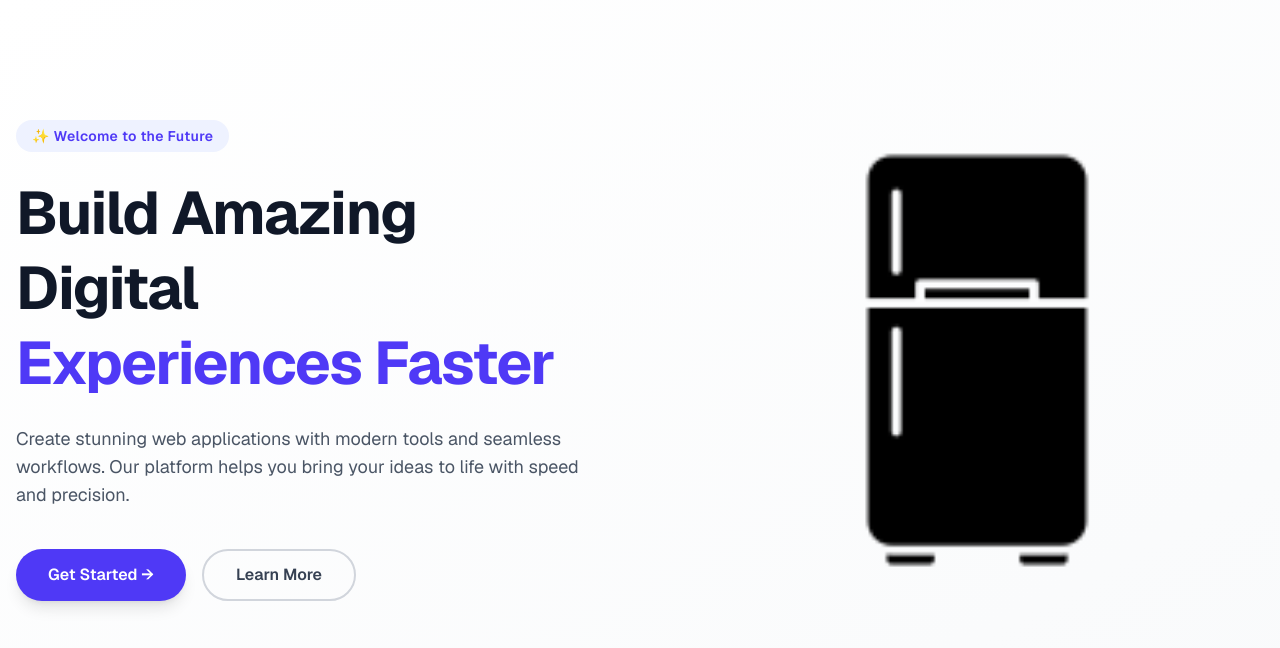
Repository: deepak445566/repai
Page: / (app in repair/)
The author's editor kept a copy of each file at every save. The page is drawn from the files as they stood at one save, then again after the next save.
The browser window is 1280 px wide. The pictures show the whole page.
The project was rebuilt for these pictures with package versions that can differ from the ones it lists, and the page was loaded fresh each time. The framework's server and built-in components were replaced by stand-ins that run in the browser. Also part of the build but not shown: repair/next.config.mjs.

Above is the page before, as saved 2026-04-15 12:07:46.

### repair/src/app/layout.js
import { Abril_Fatface, Geist, Geist_Mono } from "next/font/google";
import "./globals.css";

const geistSans = Geist({
  variable: "--font-geist-sans",
  subsets: ["latin"],
});

const geistMono = Geist_Mono({
  variable: "--font-geist-mono",
  subsets: ["latin"],
});
const abril = Abril_Fatface({
  weight: '400',
  subsets: ['latin'],
  variable: '--font-abril',
});

export const metadata = {
  title: "Create Next App",
  description: "Generated by create next app",
};

export default function RootLayout({ children }) {
  return (
    <html
      lang="en"
      className={`${geistSans.variable} ${geistMono.variable} ${abril.variable} h-full antialiased`}
    >
      <body className="min-h-full flex flex-col">{children}</body>
    </html>
  );
}

### repair/src/app/page.js
import HeroPage from '@/components/heroPage'
import React from 'react'

function page() {
  return (
   <>
   <HeroPage/>

   </>
  )
}

export default page

### repair/src/app/globals.css
@import "tailwindcss";

:root {
  --background: #ffffff;
  --foreground: #171717;
}

@theme inline {
  --color-background: var(--background);
  --color-foreground: var(--foreground);
  --font-sans: var(--font-geist-sans);
  --font-mono: var(--font-geist-mono);
}

@media (prefers-color-scheme: dark) {
  :root {
    --background: #0a0a0a;
    --foreground: #ededed;
  }
}

body {
  background: var(--background);
  color: var(--foreground);
  font-family: var(--font-parkinsans);
}



.park {
  font-family: var(--font-parkinsans);
}

### repair/src/components/heroPage.jsx
import Image from 'next/image';

export default function HeroPage() {
  return (
    <div className="min-h-screen bg-gradient-to-br from-white to-gray-50 flex items-center justify-center px-4 py-12 abril">
      <div className="max-w-7xl mx-auto w-full">
        <div className="flex flex-col lg:flex-row items-center gap-12 lg:gap-16">

          {/* Left Section - Content */}
          <div className="flex-1 text-center lg:text-left space-y-6">
            <div className="inline-block px-4 py-1.5 rounded-full bg-indigo-50 text-indigo-600 text-sm font-semibold tracking-wide">
              ✨ Welcome to the Future
            </div>

            <h1 className="text-4xl sm:text-5xl lg:text-6xl font-bold tracking-tight text-gray-900 leading-tight">
              Build Amazing Digital
              <span className="text-indigo-600 block"> Experiences Faster</span>
            </h1>

            <p className="text-lg text-gray-600 max-w-xl mx-auto lg:mx-0">
              Create stunning web applications with modern tools and seamless workflows.
              Our platform helps you bring your ideas to life with speed and precision.
            </p>

            <div className="flex flex-col sm:flex-row gap-4 justify-center lg:justify-start pt-4">
              <button className="px-8 py-3 rounded-full bg-indigo-600 text-white font-semibold shadow-lg hover:bg-indigo-700 transition-all duration-200 transform hover:scale-105">
                Get Started →
              </button>
              <button className="px-8 py-3 rounded-full border-2 border-gray-300 text-gray-700 font-semibold hover:bg-gray-50 transition-all duration-200">
                Learn More
              </button>
            </div>
          </div>

          {/* Right Section - Image - Fixed */}
          <div className="flex-1 flex justify-center lg:justify-end w-full">
            <div className="relative w-full max-w-sm sm:max-w-md lg:max-w-lg">
              <div className="absolute inset-0 rounded-2xl blur-2xl opacity-60 -z-10"></div>
              <div className="relative rounded-2xl overflow-hidden ">
                {/* Yahan size control karo - Simple way */}
                <div className="relative w-[350px] h-[350px] md:w-[450px] md:h-[550px]">
                  <Image
                    src="/images/image.png"
                    alt="Hero Image"
                    fill
                    className="object-contain p-4"
                    priority
                  />
                </div>
              </div>
            </div>
          </div>
        </div>
      </div>
    </div>
  );
}

After the next save:
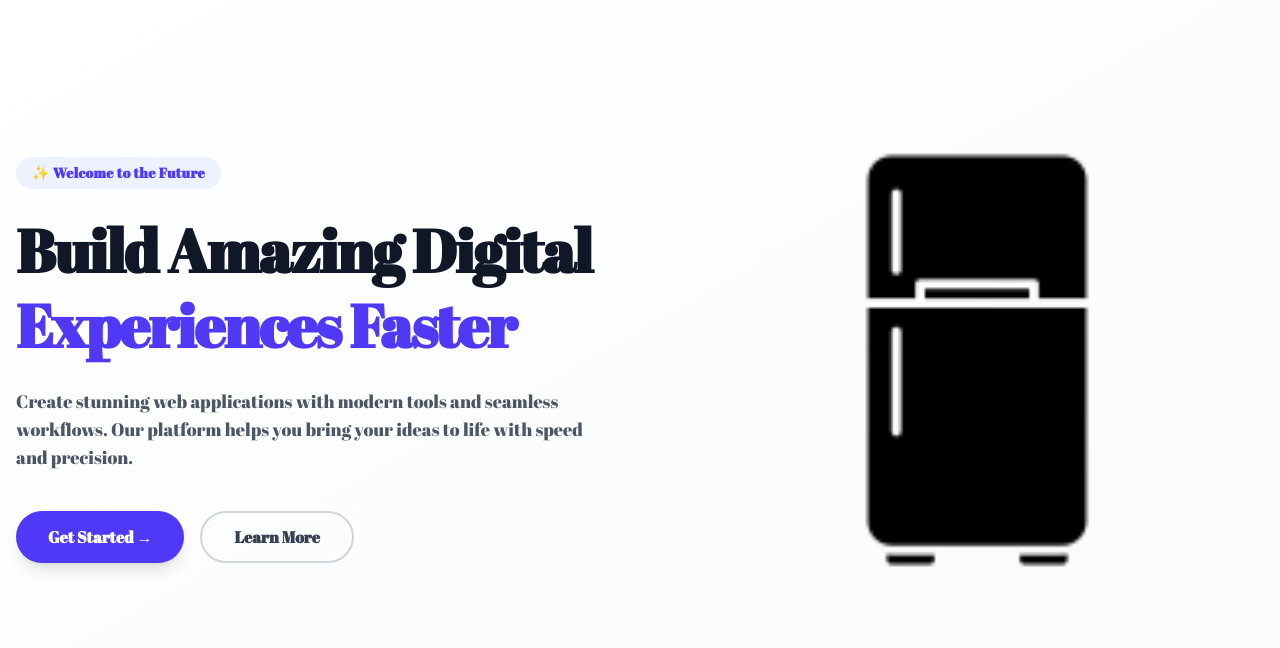
Saved 20 s later.
--- a/repair/src/app/globals.css
+++ b/repair/src/app/globals.css
@@ -27,6 +27,6 @@ body {
 
 
 
-.park {
-  font-family: var(--font-parkinsans);
+.abril {
+  font-family: var(--font-abril);
 }

After the save that followed:
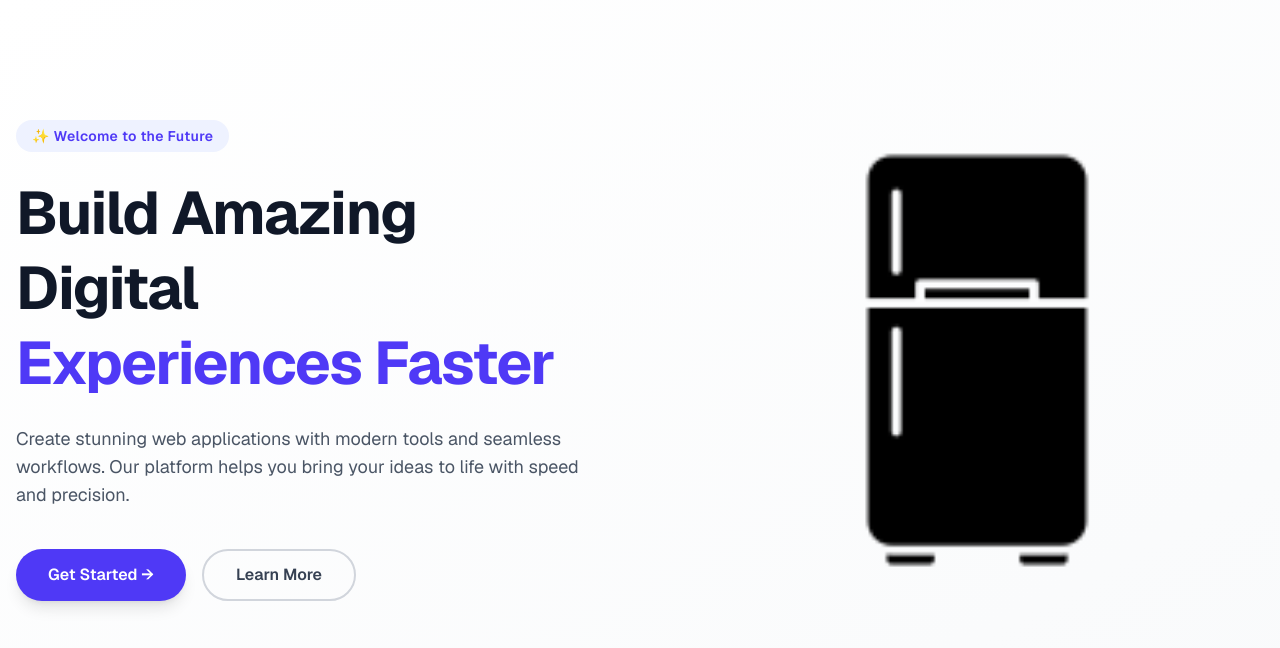
Saved 42 s later.
--- a/repair/src/components/heroPage.jsx
+++ b/repair/src/components/heroPage.jsx
@@ -2,7 +2,7 @@ import Image from 'next/image';
 
 export default function HeroPage() {
   return (
-    <div className="min-h-screen bg-gradient-to-br from-white to-gray-50 flex items-center justify-center px-4 py-12 abril">
+    <div className="min-h-screen bg-gradient-to-br from-white to-gray-50 flex items-center justify-center px-4 py-12 ">
       <div className="max-w-7xl mx-auto w-full">
         <div className="flex flex-col lg:flex-row items-center gap-12 lg:gap-16">
 
